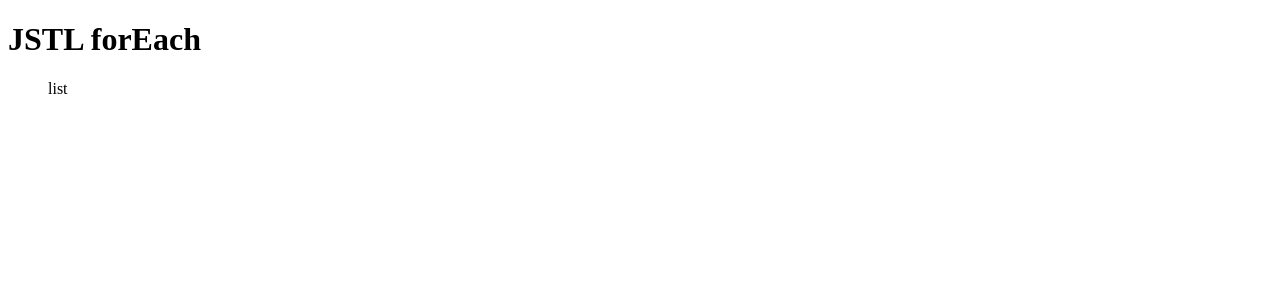
Repository: ljh5973/labweb
Page: http://localhost/JSP04/04_forEach.jsp
The author's editor kept a copy of each file at every save. The page is drawn from the files as they stood at one save, then again after a run of saves.
The browser window is 1280 px wide. The pictures show the whole page.
The page is served by Tomcat 9.

Above is the page before, as saved 2022-01-11 05:51:24.

After the next 3 saves:
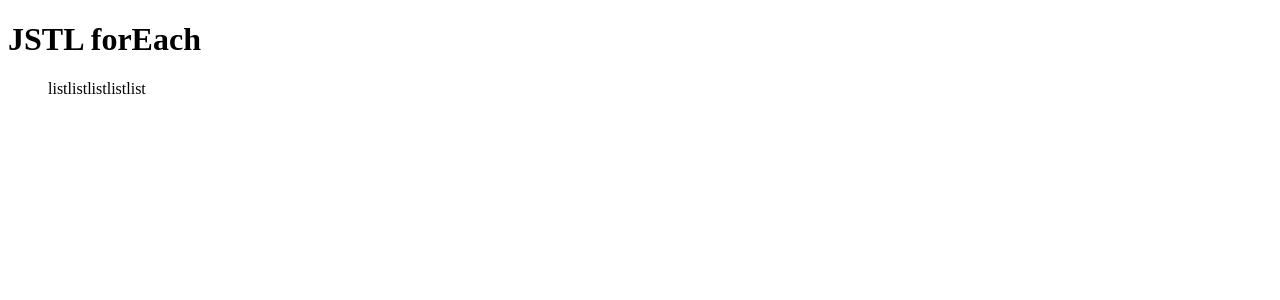
The 3 saves are shown as one change because 2 did not build or start.
The last was saved 40 s later.
--- a/JSP04/webapp/04_forEach.jsp
+++ b/JSP04/webapp/04_forEach.jsp
@@ -23,7 +23,7 @@
 	%>
 
 	<ul>
-		<c:forEach items="actorList" var="list">
+		<c:forEach var="actor" items="${actorList }">
 			<c:out value="list"></c:out>
 		</c:forEach></ul>
 
